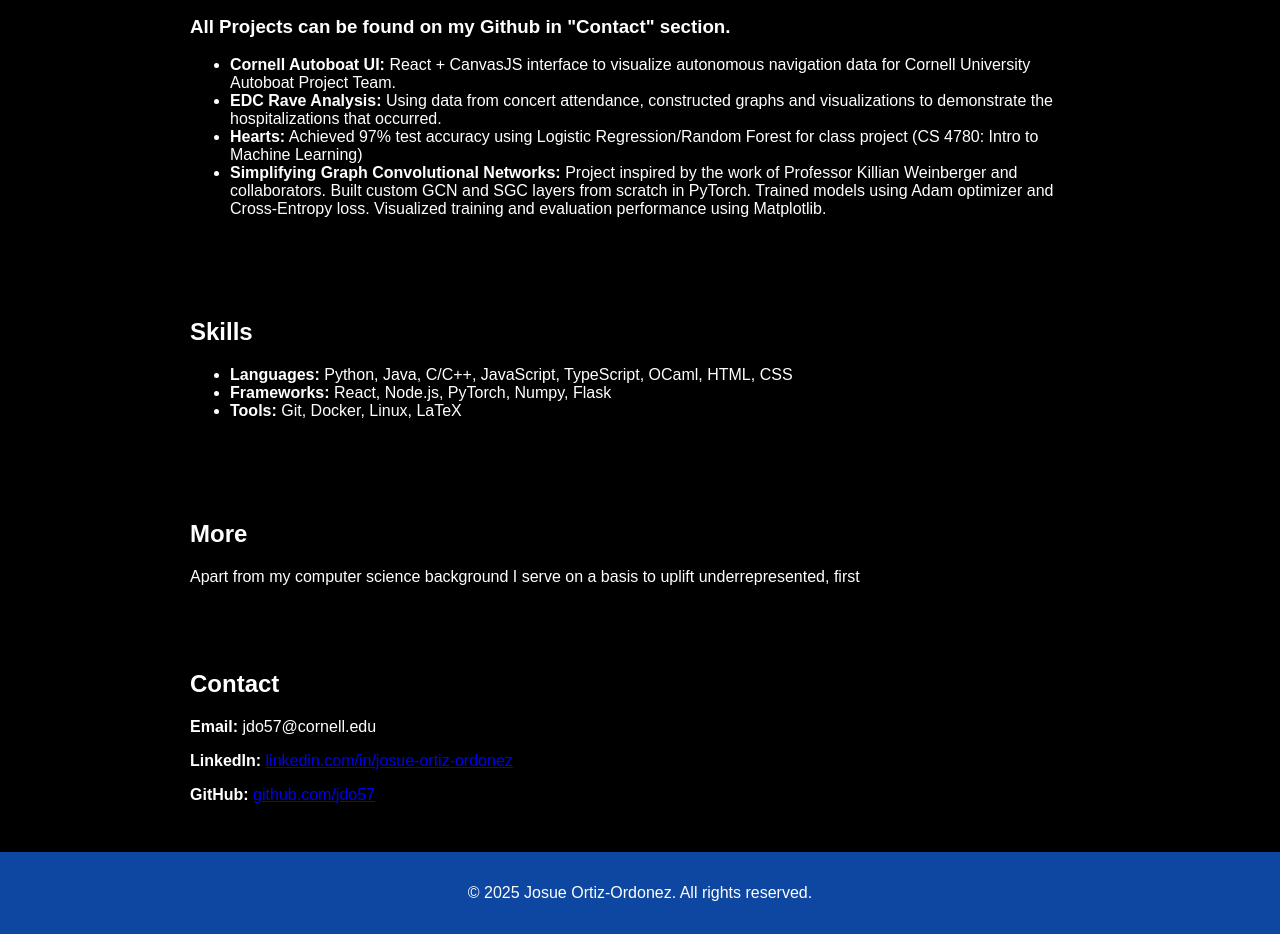
Repository: jdo57/Website
Page: index.html
These files come from the project's save history. The page is drawn as it stood at one moment and after the next save; the edit follows.
The browser window is 1280 px wide. The pictures show the part of the page from y = 1345 to 2297 px (the page is 2279 px tall before and 2297 px after).
A picture or video elsewhere on the page could not be fetched, so the positions and the page height are approximate.

Above is the page before, as saved 2025-05-26 21:51:55.

### index.html
<!DOCTYPE html>
<html lang="en">
<head>
  <meta charset="UTF-8" />
  <meta name="viewport" content="width=device-width, initial-scale=1.0" />
  <title>Josue Ortiz-Ordonez | Portfolio</title>
  <style>
    :root {
      --primary-color: #0d47a1;
      --background-color: #000000;
      --text-color: #ffffff;
      --accent-color: #1976d2;
    }

    body {
      margin: 0;
      font-family: Arial, sans-serif;
      background-color: var(--background-color);
      color: var(--text-color);
    }

    header {
      background-color: var(--primary-color);
      padding: 2rem;
      text-align: center;
    }

    header h1 {
      margin: 0;
      font-size: 2.5rem;
    }

    nav {
      display: flex;
      justify-content: center;
      background-color: var(--accent-color);
      padding: 0.5rem;
    }

    nav a {
      margin: 0 1rem;
      color: white;
      text-decoration: none;
      font-weight: bold;
    }

    nav a:hover {
      text-decoration: underline;
    }

    section {
      padding: 2rem;
      max-width: 900px;
      margin: auto;
    }

    footer {
      background-color: var(--primary-color);
      color: white;
      text-align: center;
      padding: 1rem;
      position: relative;
    }

  </style>
</head>
<body>
  <header>
    <h1>Josue Ortiz-Ordonez</h1>
    <p>Software/Machine Learning Engineer</p>
  </header>

  <nav>
    <a href="#about">About</a>
    <a href="#projects">Projects</a>
    <a href="#skills">Skills</a>
    <a href="#contact">Contact</a>
    <a href="#more">More</a>
  </nav>

  <section id="about" style="display: flex; flex-wrap: wrap; gap: 2rem; align-items: center; justify-content: center; padding: 3rem 1rem; background-color: #000;">
    <!-- Profile Image + Icons -->
    <div style="text-align: center;">
      <img src="./images/me.jpeg" alt="Josue Ortiz-Ordonez" style="width: 200px; border-radius: 50%; border: 3px solid #1976d2;" />
      <div style="margin-top: 1rem;">
        <a href="mailto:jdo57@cornell.edu" target="_blank" style="margin: 0 10px;">
          <img src="https://img.icons8.com/ios-filled/30/ffffff/new-post.png" alt="Email"/>
        </a>
        <a href="https://www.linkedin.com/in/josue-ortiz-ordonez" target="_blank" style="margin: 0 10px;">
          <img src="https://img.icons8.com/ios-filled/30/ffffff/linkedin.png" alt="LinkedIn"/>
        </a>
        <a href="https://github.com/jdo57" target="_blank" style="margin: 0 10px;">
          <img src="https://img.icons8.com/ios-filled/30/ffffff/github.png" alt="GitHub"/>
        </a>
      </div>
    </div>

    <!-- About Text -->
    <div style="max-width: 500px;">
      <h2>About Me</h2>
      <p>
        My name is Josue Ortiz-Ordonez and I am currently a student at Cornell University within
        the College of Engineering. I am a computer science major with potential minors in operations
        research in engineering (ORIE) and Latino Studies!
      </p>
    </div>
  </section>


  <section id="projects">
    <h2>Projects</h2>
    <h3> All Projects can be found on my Github in "Contact" section. </h3>
    <ul>
      <li><strong>Cornell Autoboat UI:</strong> React + CanvasJS interface to visualize autonomous navigation data for Cornell University Autoboat Project Team.</li>
      <li><strong>EDC Rave Analysis:</strong>  Using data from concert attendance, constructed graphs and visualizations to demonstrate the hospitalizations that occurred.</li>
      <li><strong>Hearts:</strong> Achieved 97% test accuracy using Logistic Regression/Random Forest for
      class project (CS 4780: Intro to Machine Learning)</li>
      <li> <strong> Simplifying Graph Convolutional Networks:</strong>
        Project inspired by the work of Professor Killian Weinberger and collaborators.
        Built custom GCN and SGC layers from scratch in PyTorch. Trained models using Adam optimizer and Cross-Entropy loss.
        Visualized training and evaluation performance using Matplotlib.
      </li>

    </ul>
  </section>

  <section id="skills">
    <h2>Skills</h2>
    <ul>
      <li><strong> Languages:</strong> Python, Java, C/C++, JavaScript, TypeScript, OCaml, HTML, CSS </li>
      <li><strong>Frameworks:</strong> React, Node.js, PyTorch, Numpy, Flask</li>
      <li><strong>Tools:</strong> Git, Docker, Linux, LaTeX</li>
    </ul>
  </section>

  <section id ="more">
    <h2> More</h2>

    Apart from my computer science background I serve on a basis to uplift underrepresented, first

  </section>

  <section id="contact">
    <h2>Contact</h2>
    <p><strong> Email:</strong> jdo57@cornell.edu</p>
    <p><strong> LinkedIn:</strong> <a href="https://www.linkedin.com/in/josue-ortiz-ordonez/" target="_blank">linkedin.com/in/josue-ortiz-ordonez</a></p>
    <p><strong>GitHub:</strong> <a href="https://github.com/jdo57" target="_blank">github.com/jdo57</a></p>
  </section>


  <footer>
    <p>&copy; 2025 Josue Ortiz-Ordonez. All rights reserved.</p>
  </footer>
</body>
</html>

After the next save:
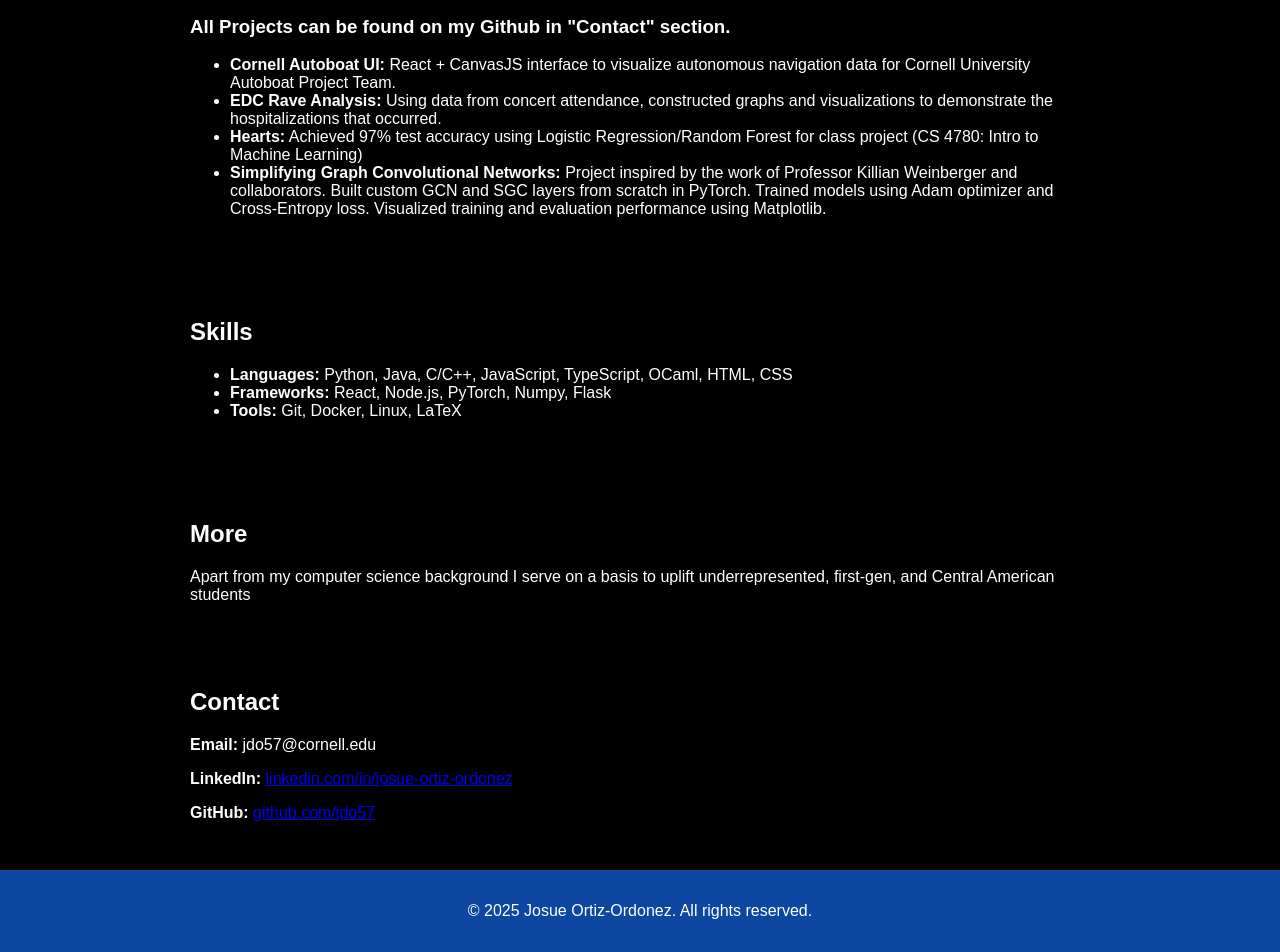
Saved 15 s later.
--- a/index.html
+++ b/index.html
@@ -136,7 +136,8 @@
   <section id ="more">
     <h2> More</h2>
 
-    Apart from my computer science background I serve on a basis to uplift underrepresented, first
+    Apart from my computer science background I serve on a basis to uplift underrepresented, first-gen,
+    and Central American students
 
   </section>
 
